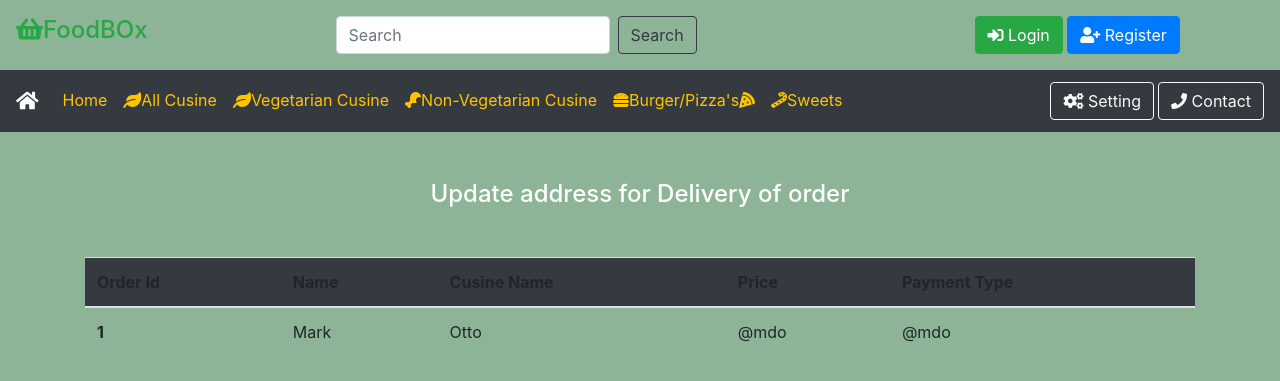
Repository: debjaniprofessional32/Capstone-Final-FoodBox-Delivery-Project
Page: http://localhost/OnlinFoodBOX/order.jsp
These files come from the project's save history. The page is drawn as it stood at one moment and after the next save; the edit follows.
The browser window is 1280 px wide. The pictures show the whole page.
Some web libraries are served in a nearby version. The page is served by Tomcat 9. Other server files are loaded and not shown.

Above is the page before, as saved 2022-12-23 12:44:55.

### OnlinFoodBOX/src/main/webapp/order.jsp
<%@ page language="java" contentType="text/html; charset=ISO-8859-1"
    pageEncoding="ISO-8859-1"%>
<!DOCTYPE html>
<html>
<head>
<meta charset="ISO-8859-1">
<title>order</title>
<%@include file="all_Component/allCss.jsp"%>
<link rel="stylesheet" href="all_Component/style.css">
</head>
<body style="background-color:#8DB496 ">
<%@include file="all_Component/navbar.jsp"%>
<div class="container mt-5">
<h4 class="text-center text-white">Update address for Delivery of order</h4>
<table class="table table-hover mt-5">
  <thead class="bg-dark">
    <tr>
      <th scope="col">Order Id</th>
      <th scope="col">Name</th>
      <th scope="col">Cusine Name</th>
      <th scope="col">Price</th>
      <th scope="col">Payment Type</th>
    </tr>
  </thead>
  <tbody>
    <tr>
      <th scope="row">1</th>
      <td>Mark</td>
      <td>Otto</td>
      <td>@mdo</td>
      <td>@mdo</td>
    </tr>


  </tbody>
</table>


</div>
</body>
</html>

### OnlinFoodBOX/src/main/webapp/all_Component/allCss.jsp
<link rel="stylesheet"
	href="https://cdn.jsdelivr.net/npm/bootstrap@4.0.0/dist/css/bootstrap.min.css"
	integrity="sha384-Gn5384xqQ1aoWXA+058RXPxPg6fy4IWvTNh0E263XmFcJlSAwiGgFAW/dAiS6JXm"
	crossorigin="anonymous">
<script src="https://code.jquery.com/jquery-3.2.1.slim.min.js"
	integrity="sha384-KJ3o2DKtIkvYIK3UENzmM7KCkRr/rE9/Qpg6aAZGJwFDMVNA/GpGFF93hXpG5KkN"
	crossorigin="anonymous"></script>
<script
	src="https://cdn.jsdelivr.net/npm/popper.js@1.12.9/dist/umd/popper.min.js"
	integrity="sha384-ApNbgh9B+Y1QKtv3Rn7W3mgPxhU9K/ScQsAP7hUibX39j7fakFPskvXusvfa0b4Q"
	crossorigin="anonymous"></script>
<script
	src="https://cdn.jsdelivr.net/npm/bootstrap@4.0.0/dist/js/bootstrap.min.js"
	integrity="sha384-JZR6Spejh4U02d8jOt6vLEHfe/JQGiRRSQQxSfFWpi1MquVdAyjUar5+76PVCmYl"
	crossorigin="anonymous"></script>
<link rel="stylesheet"
	href="https://cdnjs.cloudflare.com/ajax/libs/font-awesome/5.15.3/css/all.min.css"
	integrity="sha512-iBBXm8fW90+nuLcSKlbmrPcLa0OT92xO1BIsZ+ywDWZCvqsWgccV3gFoRBv0z+8dLJgyAHIhR35VZc2oM/gI1w=="
	crossorigin="anonymous" referrerpolicy="no-referrer" />

### OnlinFoodBOX/src/main/webapp/all_Component/navbar.jsp
 <%@ taglib prefix="c" uri="http://java.sun.com/jsp/jstl/core" %>
 <%@ page isELIgnored = "false" %>
 <style type="text/css">
 .navbar {
     background: #000000
 }

 .nav-item::after {
     content: '';
     display: block;
     width: 0px;
     height: 2px;
     background: #fec400;
     transition: 0.4s
 }

 .nav-item:hover::after {
     width: 100%
 }

 .navbar-dark .navbar-nav .active>.nav-link,
 .navbar-dark .navbar-nav .nav-link.active,
 .navbar-dark .navbar-nav .nav-link.show,
 .navbar-dark .navbar-nav .show>.nav-link,
 .navbar-dark .navbar-nav .nav-link:focus,
 .navbar-dark .navbar-nav .nav-link:hover {
     color: #fec400
 }

 .nav-link {
     padding: 10px 5px;
     transition: 0.2s
 }

 body{
     background-color:grey;
 }
</style>
<div class="container-fluid p-3">
	<div class="row">

		<div class="col-md-3 text-success">

<h4><i class='fa fa-shopping-basket'></i>FoodBOx</h4>
		</div>

		<div class="col-md-6">
			<form class="form-inline my-2 my-lg-0">
				<input class="form-control mr-sm-2" type="search"
					placeholder="Search" aria-label="Search">
				<button class="btn btn-outline-dark my-2 my-sm-0" type="submit">Search</button>
			</form>
		</div>
		<c:if test="${not empty userobj}">
		<div class="col-md-3">
		    <a href="checkout.jsp" class="mt-6"><i class='fas fa-cart-plus fa-2x '></i></a>
			<a href="login.jsp" class="btn btn-success"><i class='fas fa-user-plus'></i>&nbsp;${userobj.name}</a>
			<a href="logout" class="btn btn-primary "><i class='fas fa-sign-in-alt'></i>&nbsp;Logout</a>
		</div>

		</c:if>
		<c:if test="${empty userobj}">
		<div class="col-md-3">
			<a href="login.jsp" class="btn btn-success"><i class='fas fa-sign-in-alt'></i>&nbsp;Login</a>
			<a href="rejister.jsp" class="btn btn-primary "><i class='fas fa-user-plus'></i>&nbsp;Register</a>
		</div>

		</c:if>

	</div>



</div>


<nav class="navbar navbar-expand-lg navbar-dark bg-dark">
  <a class="navbar-brand " href="#"><i class="fas fa-home"></i></a>
  <button class="navbar-toggler" type="button" data-toggle="collapse" data-target="#navbarSupportedContent" aria-controls="navbarSupportedContent" aria-expanded="false" aria-label="Toggle navigation">
    <span class="navbar-toggler-icon"></span>
  </button>

  <div class="collapse navbar-collapse" id="navbarSupportedContent">
    <ul class="navbar-nav mr-auto">
      <li class="nav-item active "><a class="nav-link " href="index.jsp">Home <span class="sr-only">(current)</span></a></li>
      <li class="nav-item active"><a class="nav-link" href="all_veg.jsp"><i class="fa fa-leaf"></i>All Cusine</a></li>
      <li class="nav-item active"><a class="nav-link" href="all_veg1.jsp"><i class="fa fa-leaf"></i>Vegetarian Cusine</a></li>
      <li class="nav-item active"><a class="nav-link " href="all_nonveg.jsp"><i class='fas fa-drumstick-bite'></i>Non-Vegetarian Cusine</a></li>
      <li class="nav-item active"><a class="nav-link " href="all_Bpizza.jsp"><i class='fas fa-hamburger'></i>Burger/Pizza's<i class='fas fa-pizza-slice'></i></a></li>
      <li class="nav-item active"><a class="nav-link " href="all_sweet.jsp"><i class='fas fa-candy-cane'></i>Sweets</a></li>
    </ul>
    <form class="form-inline my-2 my-lg-0">
     <a class="btn btn-outline-light my-2 my-sm-0" href="setting.jsp" class="outline-light"><i class='fa fa-cogs '></i>&nbsp;Setting</a>
      <button class="btn btn-outline-light my-2 my-sm-0 ml-1" type="submit"><i class='fa fa-phone'></i>&nbsp;Contact</button>
    </form>
  </div>
</nav>

### OnlinFoodBOX/src/main/webapp/all_Component/style.css
 .navbar-nav active .nav-link:hover {

    background-color:#b2ff59;
    text-color:#000000;
    border-radius:10px;
}
.navbar-item:hover {


    text-color:#000000;

}

.carousel {
  width:auto;
  height:400px;
}

After the next save:
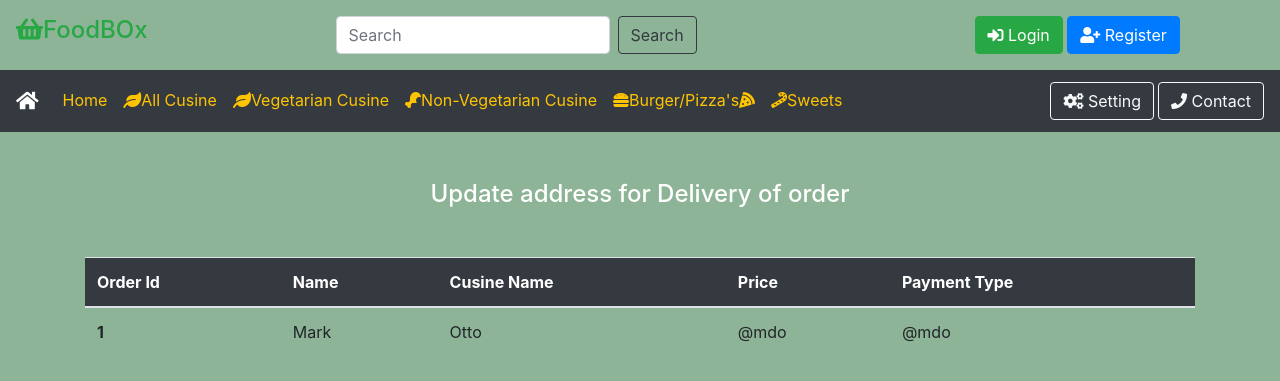
Saved 21 s later.
--- a/OnlinFoodBOX/src/main/webapp/order.jsp
+++ b/OnlinFoodBOX/src/main/webapp/order.jsp
@@ -13,7 +13,7 @@
 <div class="container mt-5">
 <h4 class="text-center text-white">Update address for Delivery of order</h4>
 <table class="table table-hover mt-5">
-  <thead class="bg-dark">
+  <thead class="bg-dark text-white">
     <tr>
       <th scope="col">Order Id</th>
       <th scope="col">Name</th>
